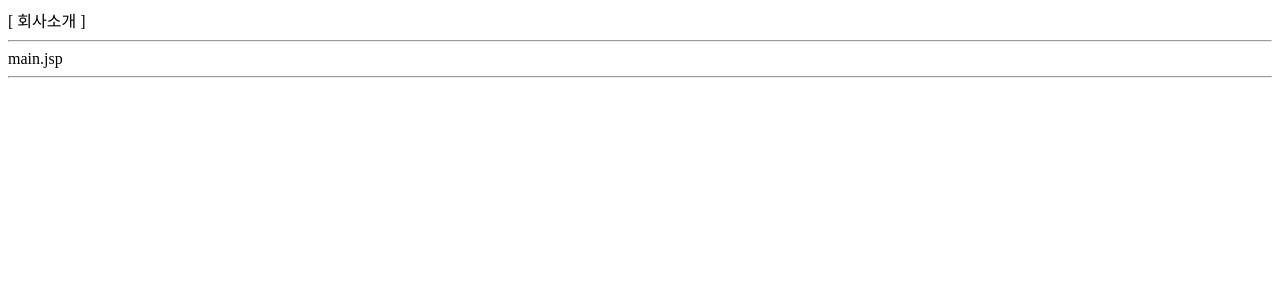
Repository: juujuu201/JSP
Page: http://localhost/StartJSP/main.jsp
An editor plug-in stored every save of this project. The page is shown before and after the next save, followed by the edit.
The browser window is 1280 px wide. The pictures show the whole page.
The page is served by Tomcat 9. Other server files are loaded and not shown.

Above is the page before, as saved 2019-04-09 06:39:59.

### StartJSP/WebContent/main.jsp
<%@ page language="java" contentType="text/html; charset=UTF-8"
    pageEncoding="UTF-8"%>
<!DOCTYPE html>
<html>
<head>
<meta charset="UTF-8">
<title>Insert title here</title>
</head>
<body>
	[ 회사소개 ]
	<hr>
	main.jsp
	<hr>
</body>
</html>

After the next save:
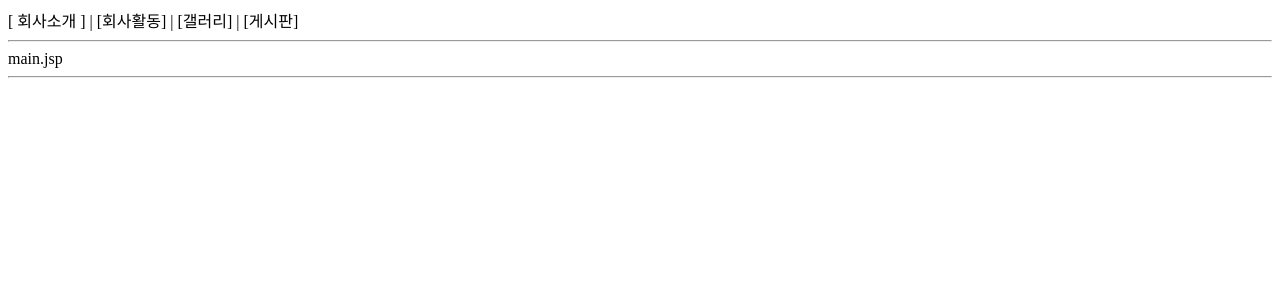
Saved 24 s later.
--- a/StartJSP/WebContent/main.jsp
+++ b/StartJSP/WebContent/main.jsp
@@ -7,7 +7,7 @@
 <title>Insert title here</title>
 </head>
 <body>
-	[ 회사소개 ]
+	[ 회사소개 ] | [회사활동] | [갤러리] | [게시판]
 	<hr>
 	main.jsp
 	<hr>
